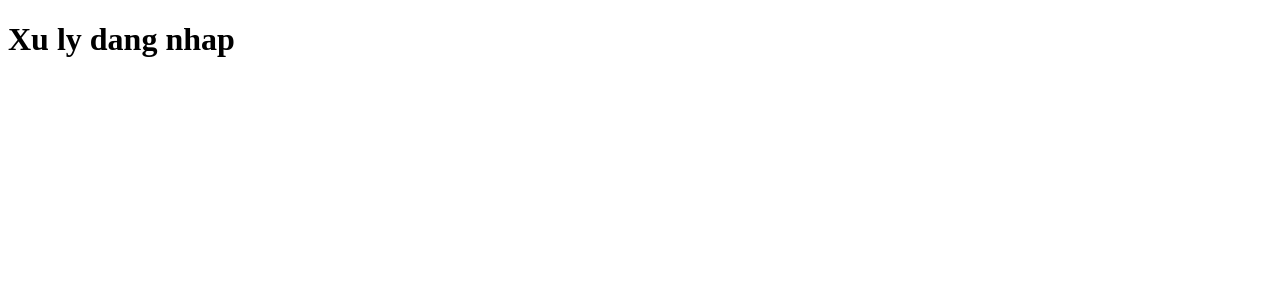
Repository: iamwind-dev/PHP
Page: http://localhost/tuan2/bai1/xulydangnhap.php
An editor plug-in stored every save of this project. The page is shown before and after a run of saves, followed by the edit.
The browser window is 1280 px wide. The pictures show the whole page.
The page is run by PHP 8.4 with error messages shown; the project is at /var/www/html/.

Above is the page before, as saved 2023-09-15 14:52:27.

After the next 3 saves:
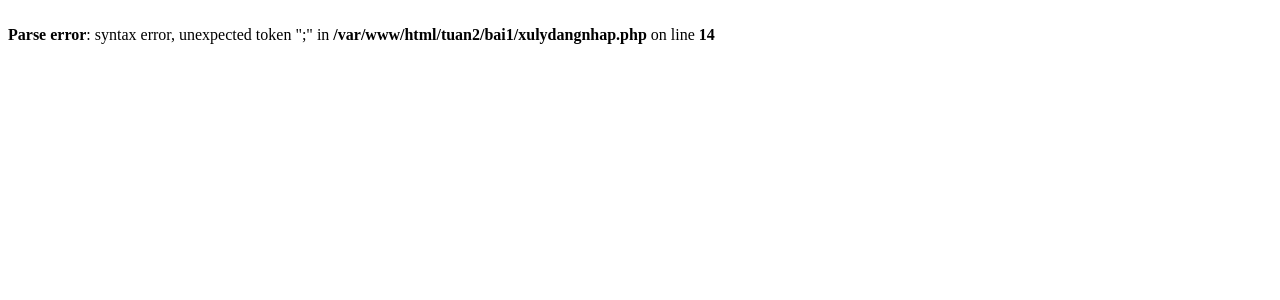
The 3 saves are shown as one change because they came seconds apart.
The last was saved 9 s later.
--- a/tuan2/bai1/xulydangnhap.php
+++ b/tuan2/bai1/xulydangnhap.php
@@ -10,7 +10,7 @@
 <body>
     <h1>Xu ly dang nhap</h1>
     <?php
-
+    $u=
     ?>
 </body>
 
